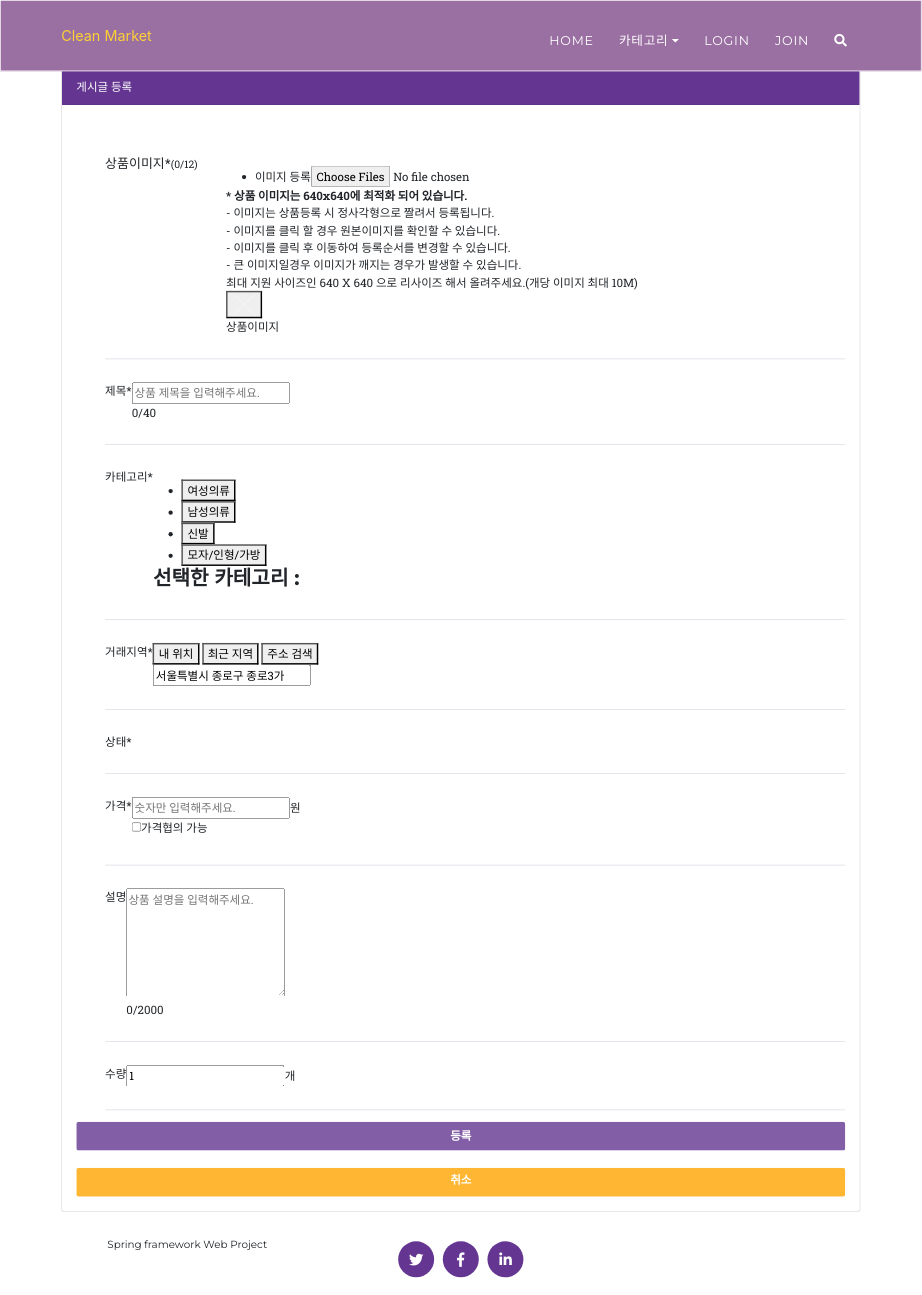
Repository: mim-mim-ji/Cleanmarket_web
Page: http://localhost/CleanMarket/WEB-INF/views/item/write.jsp
The author's editor kept a copy of each file at every save. The page is drawn from the files as they stood at one save, then again after the next save.
The browser window is 1280 px wide. The pictures show the whole page, at 72% of full size.
Some web fonts or font styles are not loaded; a fallback is used. The page is served by Tomcat 9. Nobody is signed in. The template is opened directly, without the code that normally fills it, so the values that code supplies are empty.

Above is the page before, as saved 2021-03-21 01:59:13.

After the next save:
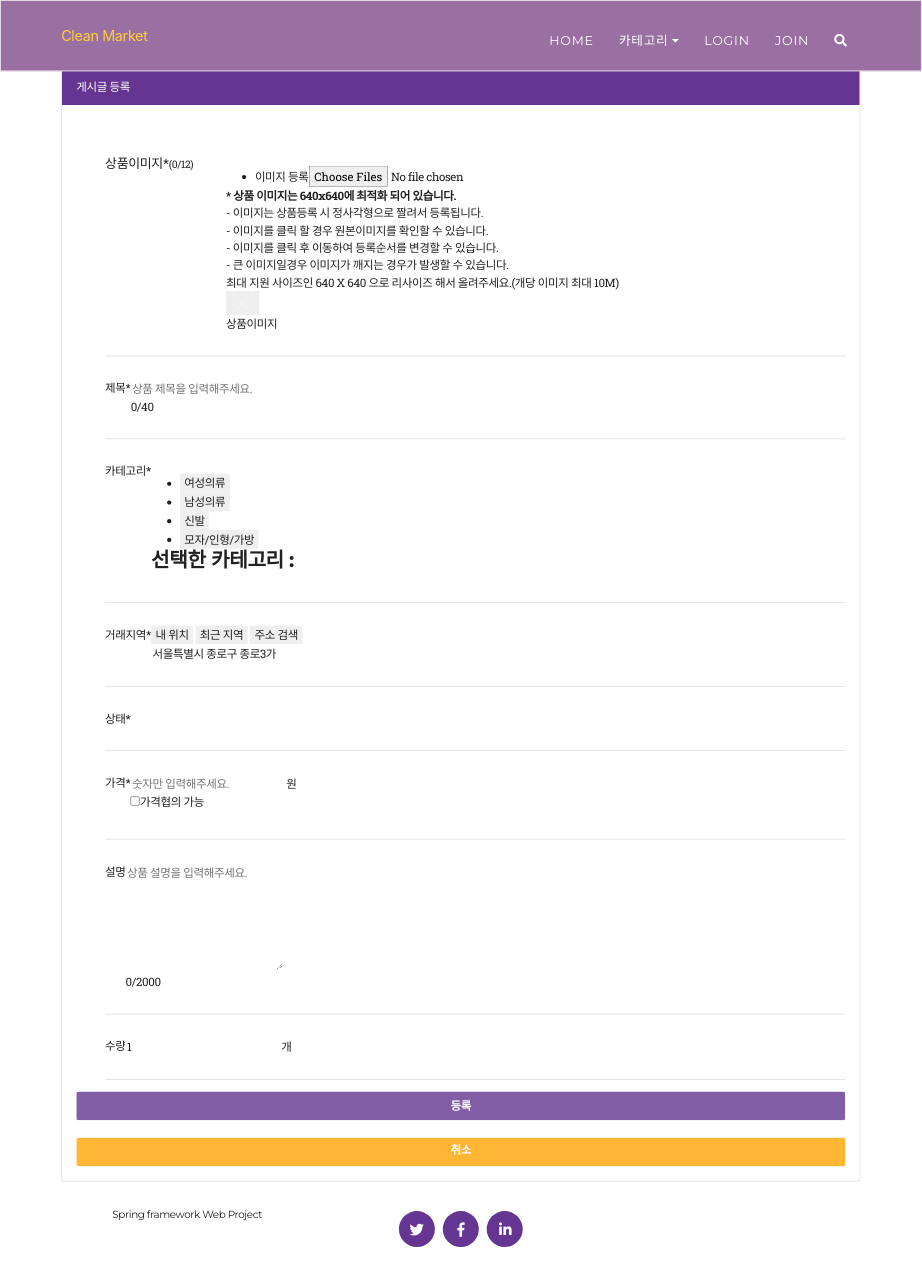
Saved 62 s later.
--- a/CleanMarket/src/main/webapp/WEB-INF/views/item/write.jsp
+++ b/CleanMarket/src/main/webapp/WEB-INF/views/item/write.jsp
@@ -29,6 +29,16 @@
 .bBKMEo {
     width: 10.5rem;
     font-size: 18px;
+}
+
+body, input, textarea, select, button {
+    -webkit-font-smoothing: antialiased;
+    direction: ltr;
+    text-align: left;
+    color: rgb(33, 33, 33);
+    letter-spacing: -0.5px;
+    outline: 0px;
+    border: 0px;
 }
 </style>
 <br>

After the 2 saves that followed:
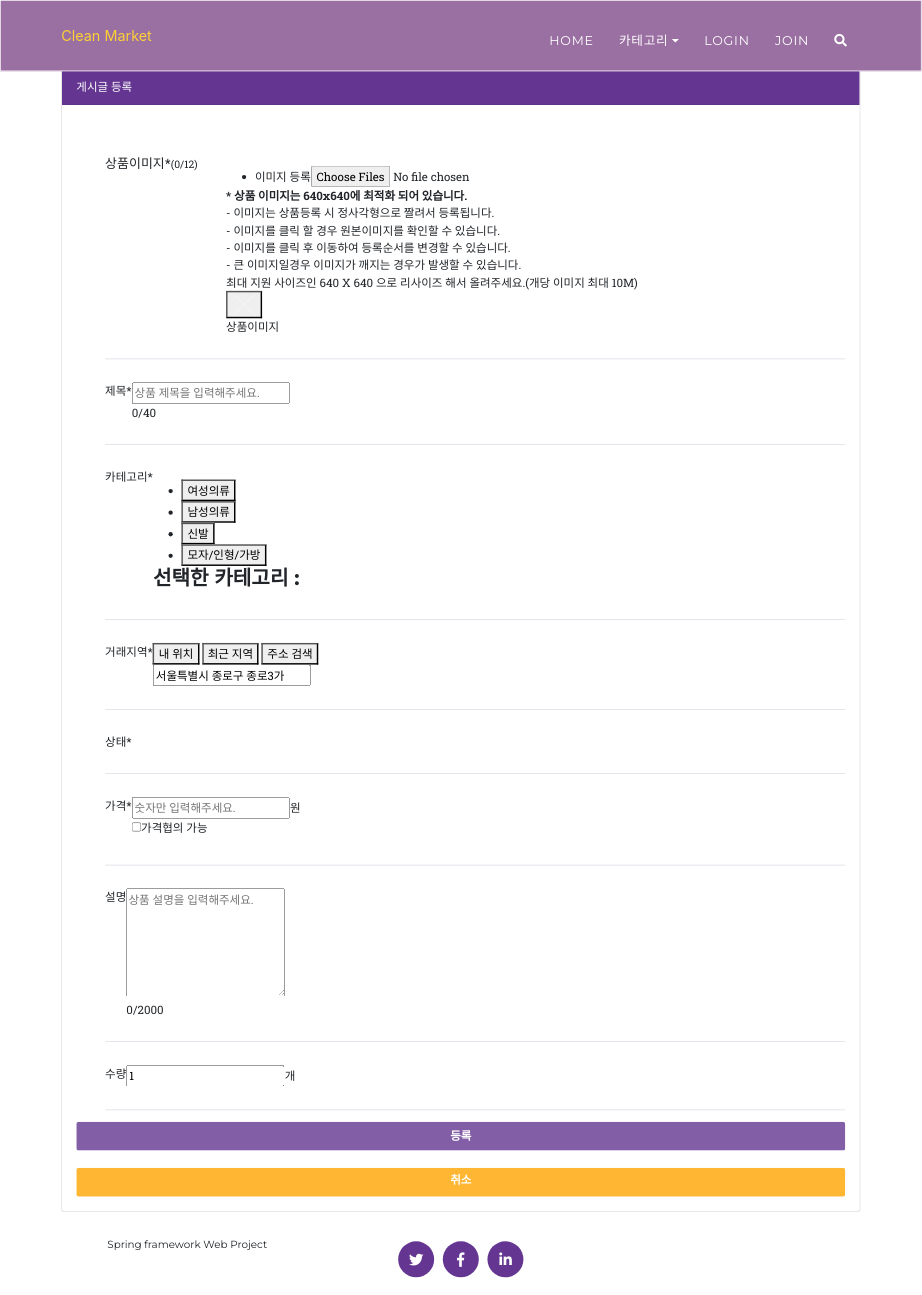
The 2 saves are shown as one change because 1 left the picture as it was.
The last was saved 99 s later.
--- a/CleanMarket/src/main/webapp/WEB-INF/views/item/write.jsp
+++ b/CleanMarket/src/main/webapp/WEB-INF/views/item/write.jsp
@@ -31,15 +31,6 @@
     font-size: 18px;
 }
 
-body, input, textarea, select, button {
-    -webkit-font-smoothing: antialiased;
-    direction: ltr;
-    text-align: left;
-    color: rgb(33, 33, 33);
-    letter-spacing: -0.5px;
-    outline: 0px;
-    border: 0px;
-}
 </style>
 <br>
 <br>
